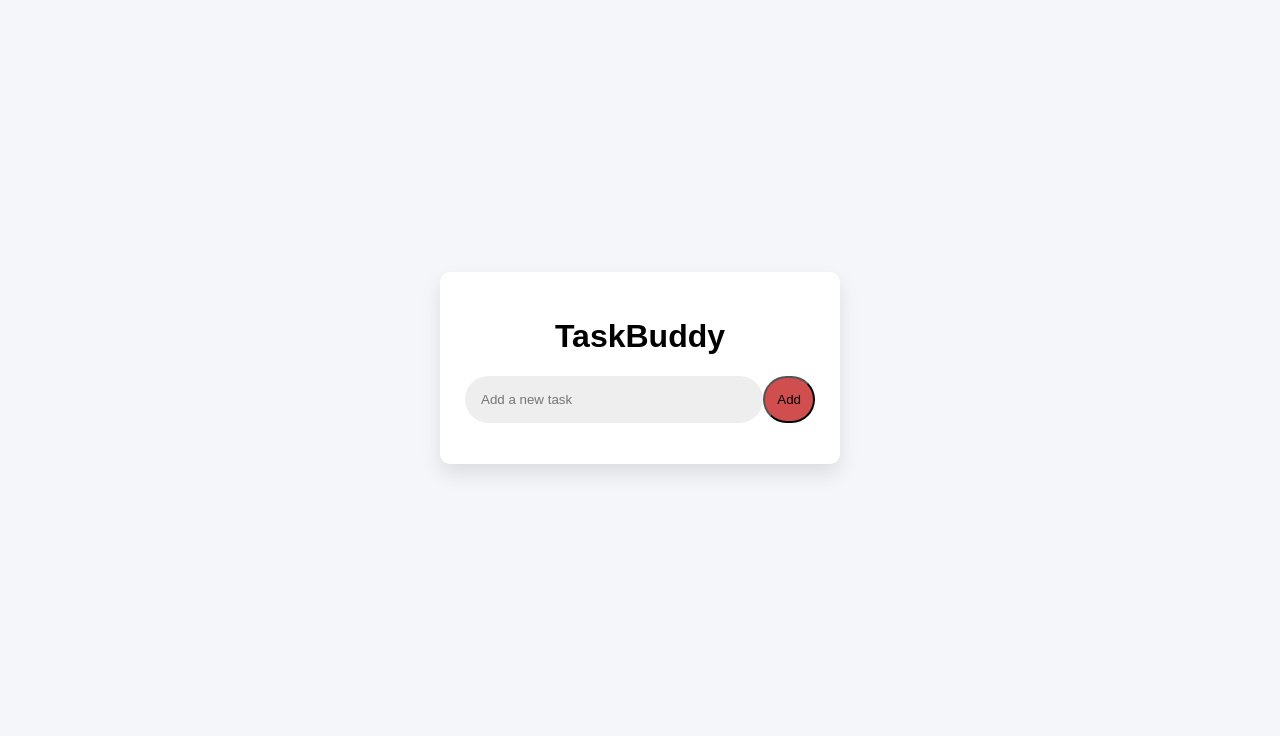
Repository: yogeshnandwani/taskbuddy-todo
Page: index.html
The author's editor kept a copy of each file at every save. The page is drawn from the files as they stood at one save, then again after a run of saves.
The browser window is 1280 px wide. The pictures show the whole page.

Above is the page before, as saved 2026-03-16 17:29:11.

### index.html
<!DOCTYPE html>
<html lang="en">
<head>
<meta charset="UTF-8">
<title>TaskBuddy</title>
<link rel="stylesheet" href="css/style.css">
</head>

<body>

<div class="app">

<h1>TaskBuddy</h1>

<div class="task-input">
<input type="text" id="taskInput" placeholder="Add a new task">
<button id="addBtn">Add</button>
</div>

<ul id="taskList"></ul>

</div>

<script src="js/script.js"></script>

</body>
</html>

### css/style.css
body{
    font-family: Arial, sans-serif;
    background:#f4f6f9;
    display:flex;
    justify-content:center;
    align-items:center;
    height:100vh;
}

.app{
    background:white;
    padding:25px;
    border-radius:10px;
    width:350px;
    box-shadow:0 10px 20px rgba(0,0,0,0.1);
}

h1{
    text-align:center;
}

.task-input{
    display:flex;
}

input{
    flex:1;
    padding:8px;
    border: none;
    border-radius: 50px;
    padding: 1rem;
    background-color: #eee;
}

button{
    padding:8px 12px;
    border-radius: 50px;
    background-color: #d04e4e;
    cursor:pointer;
}

li{
    background:#eee;
    margin-top:10px;
    padding:10px;
    display:flex;
    justify-content:space-between;
}

Loaded but not shown: js/script.js (no copy from this time; the picture is the same without it)

After the next 7 saves:
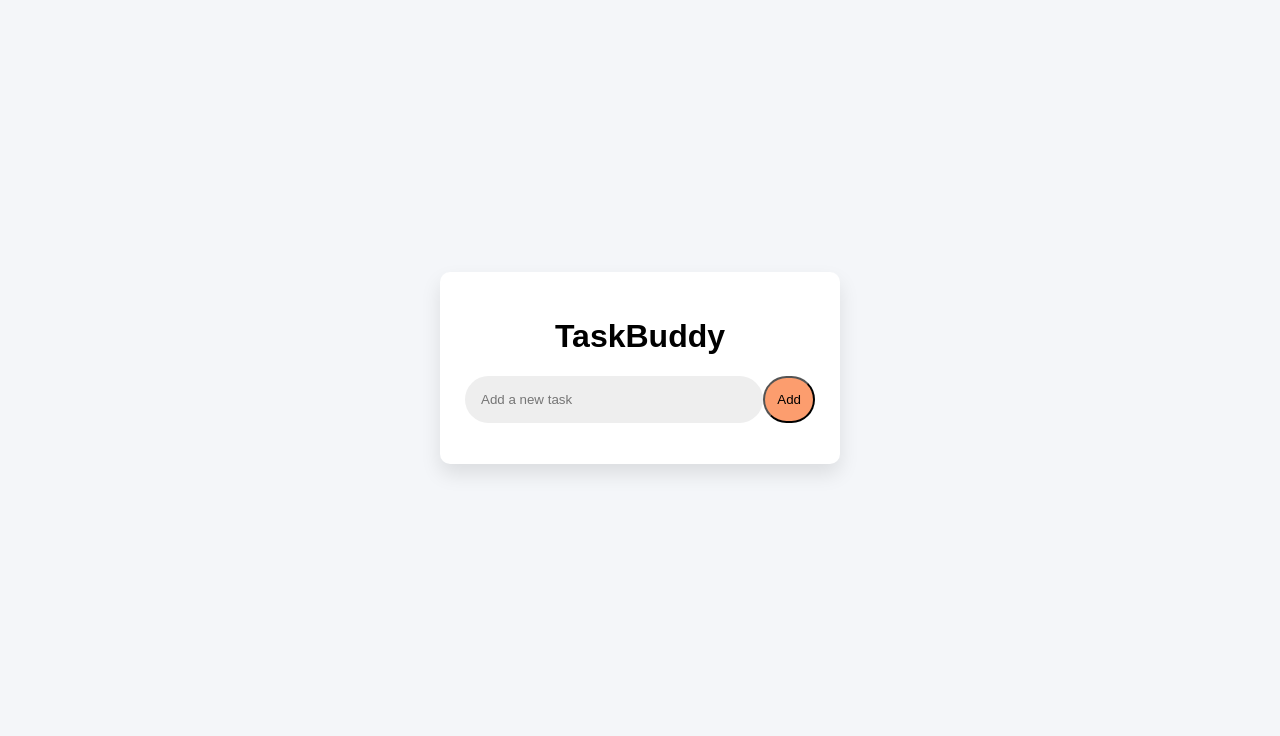
The 7 saves are shown as one change because they came seconds apart.
The last was saved 15 s later.
--- a/css/style.css
+++ b/css/style.css
@@ -35,7 +35,7 @@ input{
 button{
     padding:8px 12px;
     border-radius: 50px;
-    background-color: #d04e4e;
+    background-color: #fc9d6e;
     cursor:pointer;
 }
 
